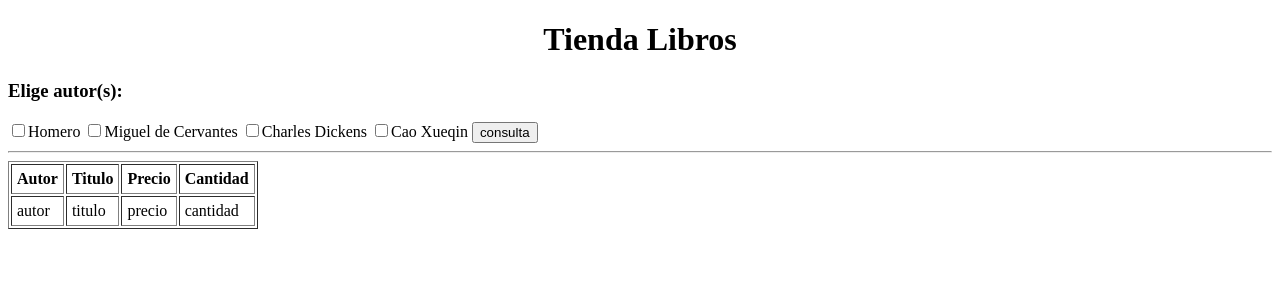
Repository: alvaroteja/ServidorJava
Page: 07_conexionBBDDservlet/src/main/webapp/index.html
An editor plug-in stored every save of this project. The page is shown before and after the next save, followed by the edit.
The browser window is 1280 px wide. The pictures show the whole page.

Above is the page before, as saved 2023-01-17 08:20:08.

After the next save:
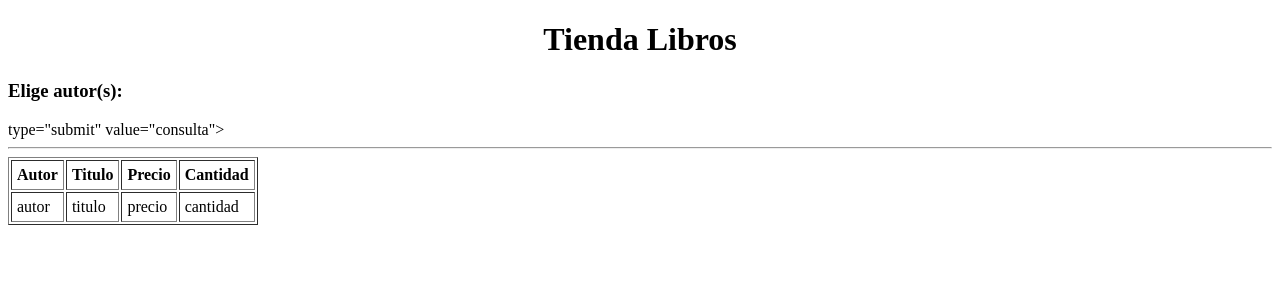
Saved 28 s later.
--- a/07_conexionBBDDservlet/src/main/webapp/index.html
+++ b/07_conexionBBDDservlet/src/main/webapp/index.html
@@ -8,11 +8,11 @@
 	<h1 align="center">Tienda Libros</h1>
 	<h3>Elige autor(s):</h3>
 	<form action="conectorABaseDeDatos" method="get">
-		<input type="checkbox" name="autor" value="Homero">Homero <input
+		<!-- <input type="checkbox" name="autor" value="Homero">Homero <input
 			type="checkbox" name="autor" value="Miguel de Cervantes">Miguel
 		de Cervantes <input type="checkbox" name="autor"
 			value="Charles Dickens">Charles Dickens <input
-			type="checkbox" name="autor" value="Cao Xueqin">Cao Xueqin <input
+			type="checkbox" name="autor" value="Cao Xueqin">Cao Xueqin <input -->
 			type="submit" value="consulta">
 	</form>
 	<hr>
